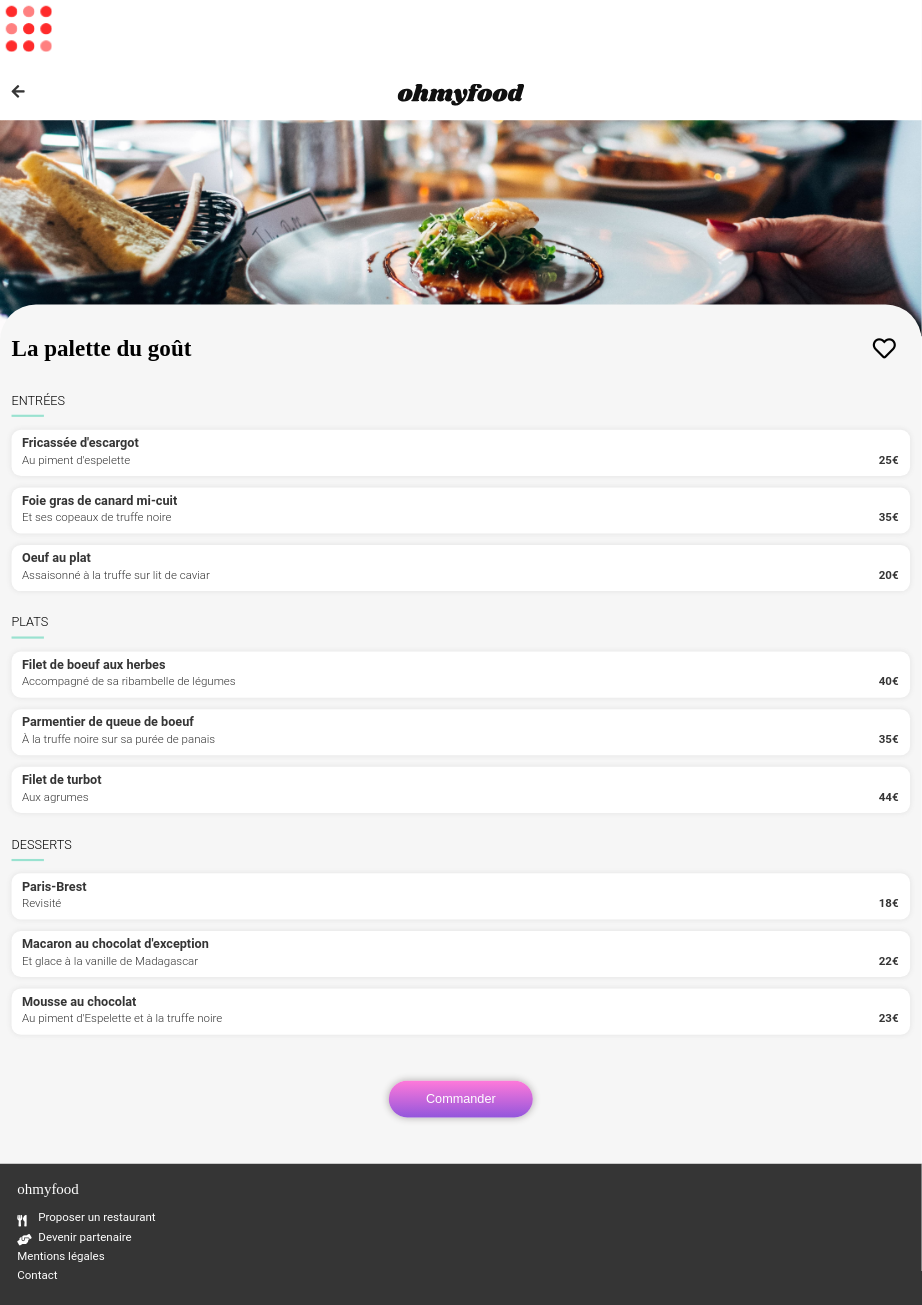
Repository: AlexisTisserand/AlexisTisserand_3_24112020
Page: menu-la-palette-du-gout.html
An editor plug-in stored every save of this project. The page is shown before and after the next save, followed by the edit.
The browser window is 1280 px wide. The pictures show the whole page, at 72% of full size.
Some web libraries are served in a nearby version. The style sheet was rebuilt from its Sass, Less or Tailwind sources for each picture, by a compiler version that may differ from the author's.

Above is the page before, as saved 2020-12-09 14:57:37.

After the next save:
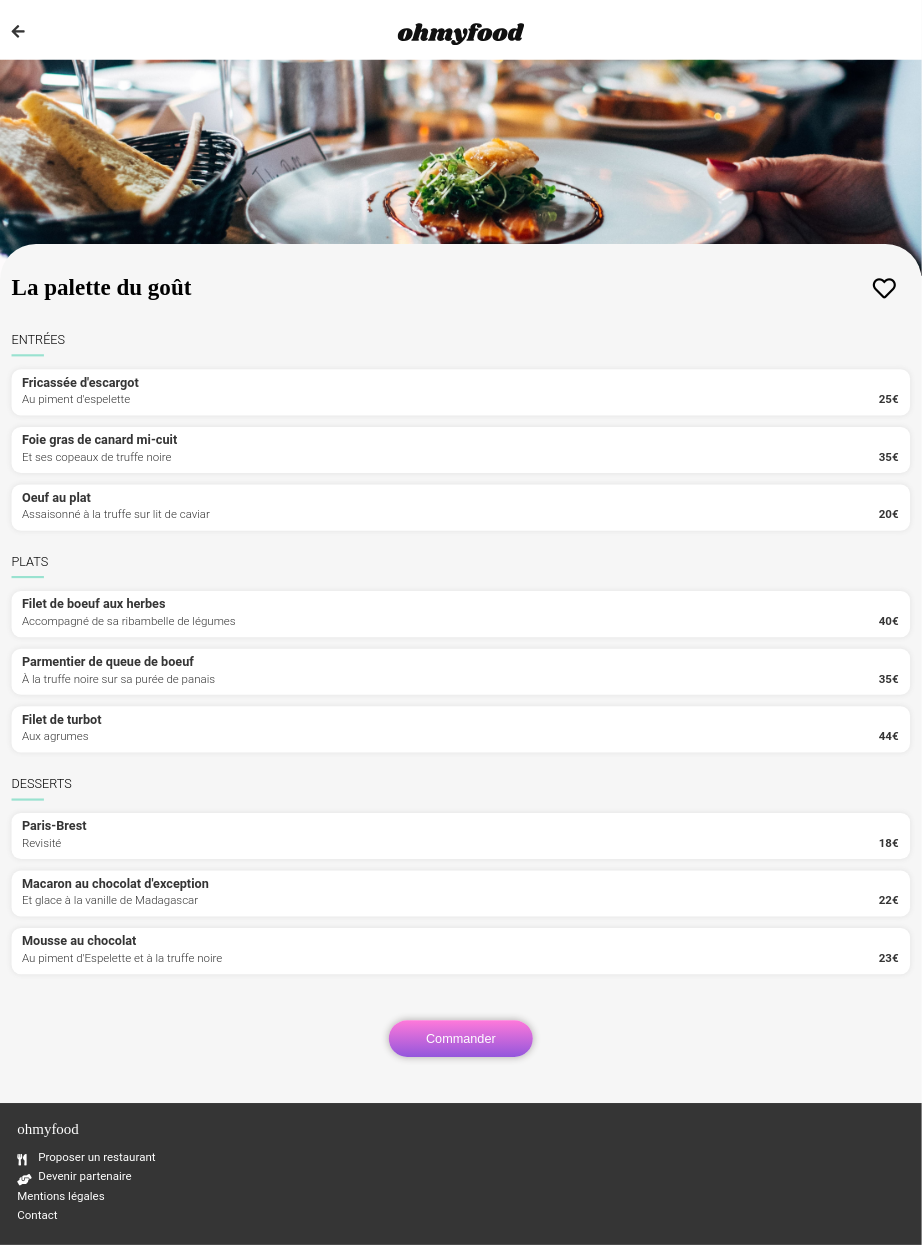
Saved 22 s later.
--- a/menu-la-palette-du-gout.html
+++ b/menu-la-palette-du-gout.html
@@ -13,10 +13,7 @@
 <body>
 
 
-
-    <div id=blocxxxxx
-
-        <div class="lds-grid"><div></div><div></div><div></div><div></div><div></div><div></div><div></div><div></div><div></div></div>
+    <div id=bloc-page>
 
     <!--HEADER-->
 
